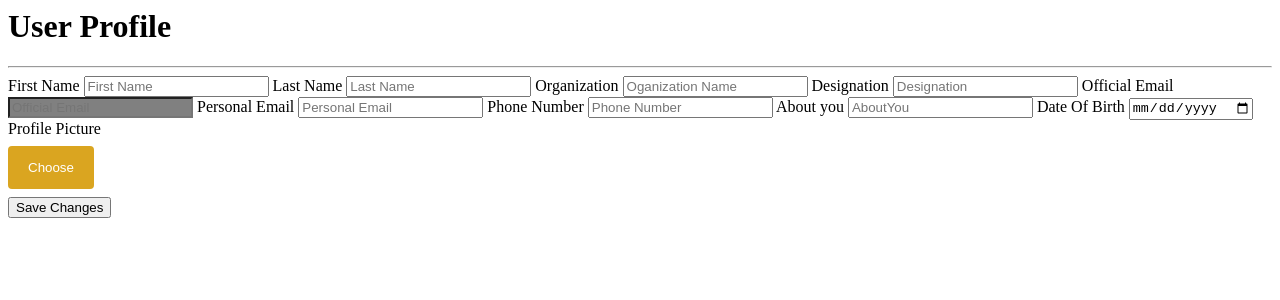
Repository: praveenshetg/GOLDEN-ROD
Page: Duolingo/papi-front/WebContent/view/user_profile.html
The author's editor kept a copy of each file at every save. The page is drawn from the files as they stood at one save, then again after the next save.
The browser window is 1280 px wide. The pictures show the whole page.

Above is the page before, as saved 2018-05-10 11:45:36.
Console error: ReferenceError: $ is not defined

After the next save:
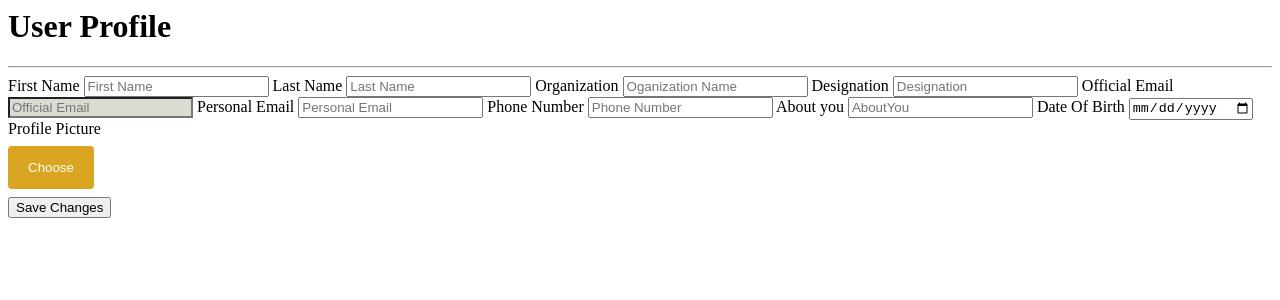
Saved 85 s later.
--- a/Duolingo/papi-front/WebContent/view/user_profile.html
+++ b/Duolingo/papi-front/WebContent/view/user_profile.html
@@ -61,7 +61,7 @@ margin-right: "5px";
      <label for="fname">Designation</label>
     <input type="text" id="designation" name="designation" placeholder="Designation">
          <label for="fname">Official Email</label>
-    <input type="text" id="oEmail" name="oEmail" placeholder="Official Email" readonly style="background-color:gray"/>
+    <input type="text" id="oEmail" name="oEmail" placeholder="Official Email" readonly style="background-color:#dcdad2"/>
          <label for="fname">Personal Email</label>
     <input type="text" id="pEmail" name="pEmail" placeholder="Personal Email">
          <label for="fname">Phone Number</label>
